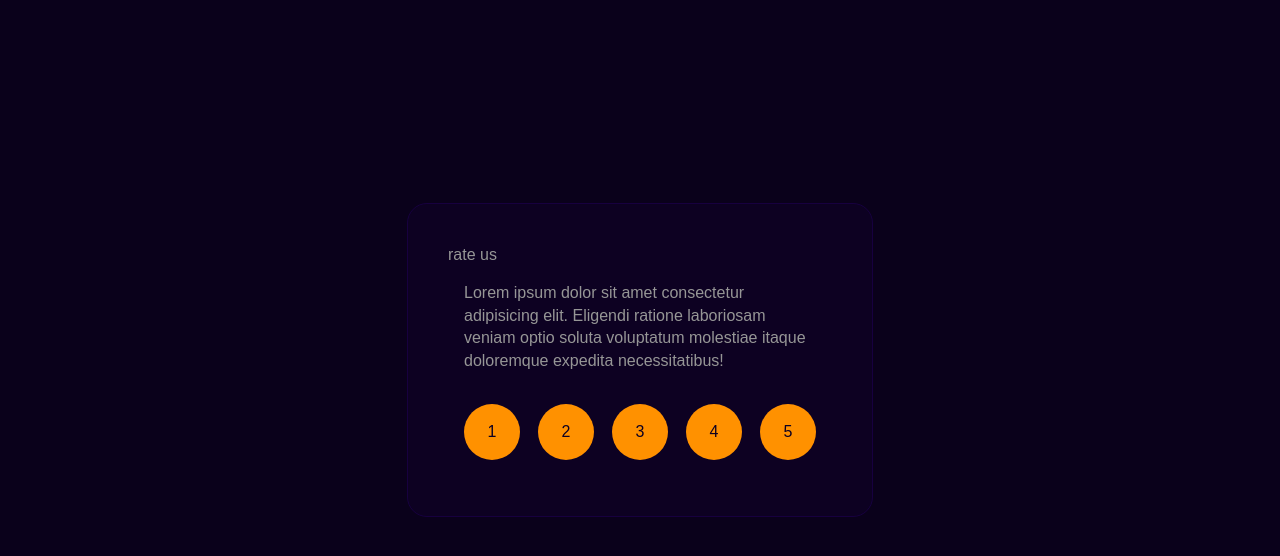
Repository: russel-success/xcodepp-TASK-2
Page: index.html
An editor plug-in stored every save of this project. The page is shown before and after the next save, followed by the edit.
The browser window is 1280 px wide. The pictures show the whole page.

Above is the page before, as saved 2024-05-24 23:04:42.

After the next save:
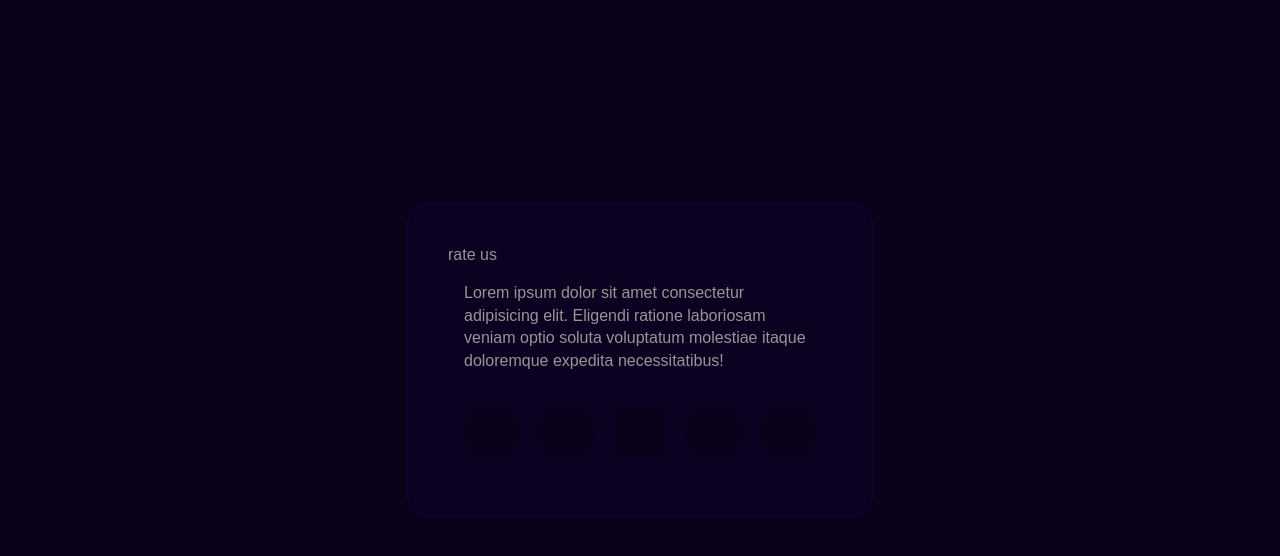
Saved 53 s later.
--- a/styles/styles.css
+++ b/styles/styles.css
@@ -48,7 +48,7 @@
     text-align:center;
     align-content:center;
     border-radius:28px;
-    background:rgb(255, 145, 0);
+    background:rgb(10, 1, 27);
     color:rgb(13, 1, 34);
 }
 .rating:hover{
